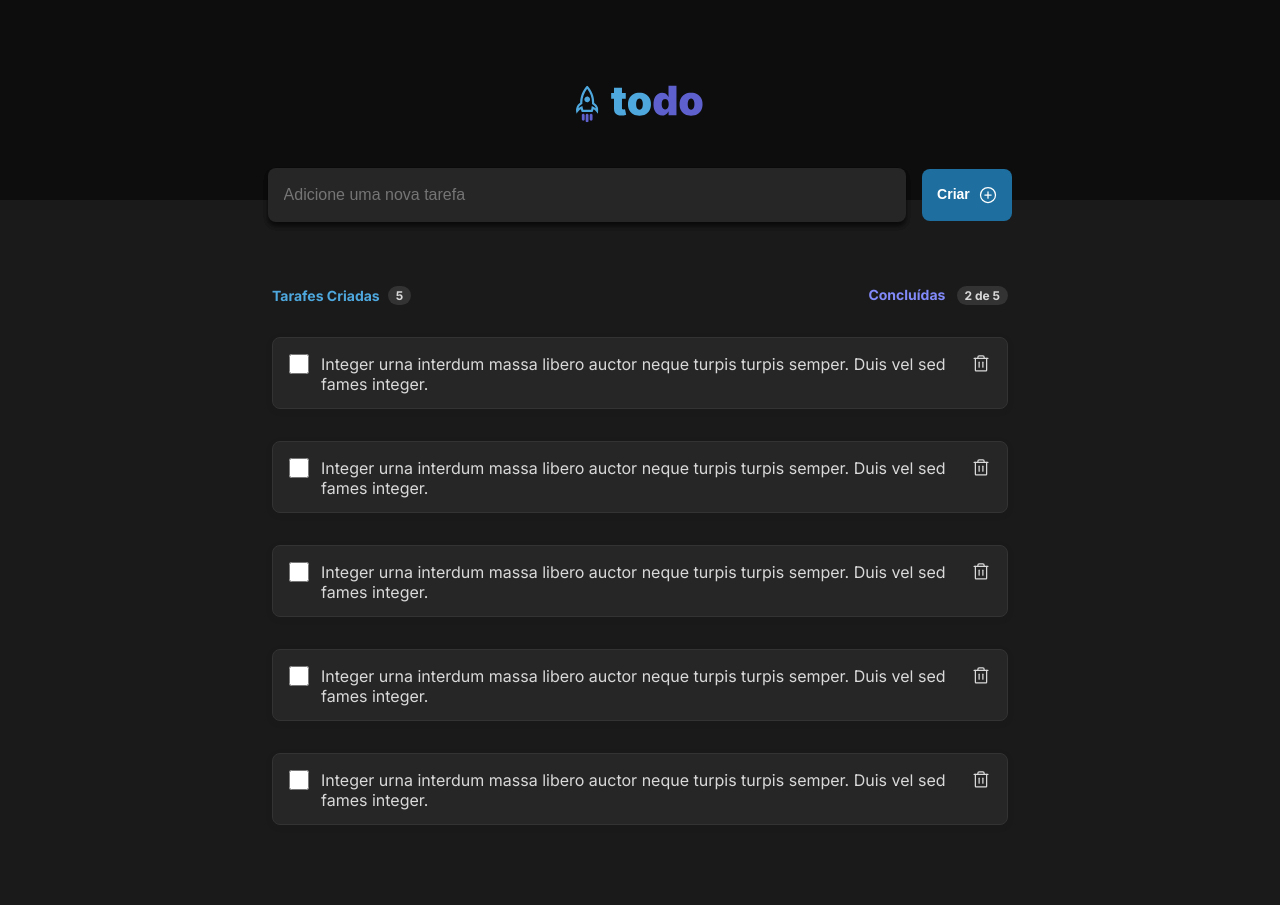
Repository: guilhermecardoso93/todolistreact
Page: /
An editor plug-in stored every save of this project. The page is shown before and after the next save, followed by the edit.
The browser window is 1280 px wide. The pictures show the whole page.
The project was rebuilt for these pictures with package versions that can differ from the ones it lists, and the page was loaded fresh each time. Also part of the build but not shown: vite.config.ts.

Above is the page before, as saved 2022-07-02 20:38:34.

### index.html
<!DOCTYPE html>
<html lang="en">
  <head>
    <meta charset="UTF-8" />
    <link rel="icon" type="image/svg+xml" href="/src/favicon.svg" />
    <link rel="preconnect" href="https://fonts.googleapis.com" />
    <link rel="preconnect" href="https://fonts.gstatic.com" crossorigin />
    <meta name="viewport" content="width=device-width, initial-scale=1.0" />
    <link
      href="https://fonts.googleapis.com/css2?family=Inter:wght@400;500;600;700&display=swap"
      rel="stylesheet"
    />
    <title>to do list</title>
  </head>
  <body>
    <div id="root"></div>
    <script type="module" src="/src/main.tsx"></script>
  </body>
</html>

### src/App.tsx
import "./global.css";
import { Header } from "./Header";
import { Tasks } from "./Tasks";

function App() {
  return (
    <>
      <Header />
      <div>
        <Tasks/>
      </div>
    </>
  );
}

export default App;

### src/global.css
:root {
  --white: #fff;

  --gray-100: #f2f2f2;
  --gray-100: #d9d9d9;
  --gray-300: #808080;
  --gray-400: #333333;
  --gray-500: #262626;
  --gray-600: #1a1a1a;
  --gray-700: #0d0d0d;

  --danger: #e25858;

  --purple: #828afa;
  --purple-dark: #5e60ce;

  --blue: #4ea8de;
  --blue-dark: #1e6f9f;
}

* {
  margin: 0;
  padding: 0;
  box-sizing: border-box;
}

body {
  -webkit-font-smoothing: antialiased;
  font-family: 'Inter', sans-serif;
  background: var(--gray-600);
}

### src/Header.tsx
import  Logo  from "./assets/logo.svg";

import styles from "./Header.module.css";

export function Header() {
  return (
    <header className={styles.header}>
      <img src={Logo} alt='logo' className={styles.logo}/>
    </header>
  );
}

### src/Tasks.tsx
import { Trash } from "phosphor-react";
import { TaskBar } from "./TasksBar";
import { TaskList } from "./TasksList";

import styles from "./Tasks.module.css";

export function Tasks() {
  return (
    <div className={styles.content}>
      <TaskBar />
      <div>
        <div className={styles.titles}>
          <div className={styles.titlesMake}>
            <p className={styles.titlesMakeTitle}>Tarafes Criadas</p>
            <p className={styles.titlesMakeTitleNumber}> 5 </p>
          </div>
          <div className={styles.titles}>
            <p className={styles.titlesDoneTitle}>Concluídas</p>
            <p className={styles.titlesDoneTitleNumber}> 2 de 5 </p>
          </div>
        </div>
        <TaskList />
        <TaskList />
        <TaskList />
        <TaskList />
        <TaskList />
      </div>
    </div>
  );
}

### src/Header.module.css
.header {
  height: 12.5rem;
  background: var(--gray-700);
  display: flex;
  justify-content: center;
  align-items: center;
}

.logo {
  height: 4rem;
  width: 8rem;
}

### src/TasksBar.tsx
import { PlusCircle } from "phosphor-react";

import styles from "./TasksBar.module.css";

export function TaskBar() {
  return (
    <div className={styles.container}>
      <input type="text" placeholder="Adicione uma nova tarefa" />
      <button>
        {" "}
        Criar <PlusCircle size={20} />{" "}
      </button>
    </div>
  );
}

### src/TasksList.tsx
import { Trash } from "phosphor-react";

import styles from "./TasksList.module.css";

export function TaskList() {
  return (
    <div>
      <div className={styles.tasksList}>
        <div className={styles.tasksListItem}>
          <div>
            <input type="checkbox" name="a" className={styles.tasksListCheck} />
          </div>
          <div>
            <p>
              Integer urna interdum massa libero auctor neque turpis turpis
              semper. Duis vel sed fames integer.{" "}
            </p>
          </div>
          <div>
            <button className={styles.delete}>
              <Trash size={20} />{" "}
            </button>
          </div>
        </div>
      </div>
    </div>
  );
}

### src/Tasks.module.css
.content {
  display: flex;
  flex-direction: column;
  align-items: center;
  justify-content: space-between;
  margin: auto;
  margin-bottom: 5rem;

  width: 736px;
  gap: 4rem;
}

.titles {
  display: flex;
  align-itens: center;
  justify-content: space-between;
  gap: 0.7rem;
}

.titlesMake,
.titleDone {
  display: flex;
  flex-direction: row;
  justify-content: center;
  align-items: center;
  gap: 0.5rem;
}
.titlesMakeTitle {
  color: var(--blue);
  font-weight: bold;
  font-weight: 700;
  font-size: 14px;
  line-height: 17px;
}

.titlesDoneTitle {
  color: var(--purple);
  font-weight: bold;
  font-weight: 700;
  font-size: 14px;
  line-height: 17px;
}

.titlesMakeTitleNumber,
.titlesDoneTitleNumber {
  display: flex;
  flex-direction: column;
  justify-content: center;
  align-items: center;

  width: auto;
  padding: 2px 8px;
  height: 19px;

  background: var(--gray-400);
  color: var(--gray-100);
  border-radius: 999px;

  font-style: normal;
  font-weight: 700;
  font-size: 12px;
  line-height: 15px;
}

### src/TasksBar.module.css
.container {
  display: flex;
  align-items: center;
  justify-content: center;
  margin-top: -2rem;
  gap: 1rem;
}

.container input {
  background-color: var(--gray-500);
  color: var(--gray-300);
  width: 39.93rem;
  padding: 1rem;

  font-style: normal;
  font-weight: 400;
  font-size: 1rem;
  line-height: 140%;

  border: 1px solid var(--grey-700);
  box-shadow: 0px 4px 4px rgba(0, 0, 0, 0.25), 0px 4px 4px rgba(0, 0, 0, 0.25),
    0px 4px 4px rgba(0, 0, 0, 0.25);
  border-radius: 8px;
}

.container input:focus {
  color: var(--gray-100);
}

.container button {
  background: var(--blue-dark);
  color: var(--white);
  gap: 0.5rem;
  display: flex;
  align-items: center;
  justify-content: center;
  border-radius: 8px;
  height: 3.25rem;
  width: 5.62rem;
  border: none;

  font-style: normal;
  font-weight: 700;
  font-size: 14px;
  line-height: 140%;
  cursor: pointer;

  transition: 0.2s;
}

.container button:hover {
  background: var(--blue);
}

### src/TasksList.module.css
.tasksList {
  display: flex;
  flex-direction: column;
  gap: 1rem;

  margin-top: 2rem;
}

.tasksListItem {
  display: flex;
  flex-direction: row;
  align-items: flex-start;
  padding: 16px;
  gap: 12px;

  border: 1px solid #333333;
  box-shadow: 0px 2px 8px rgba(0, 0, 0, 0.06);
  border-radius: 8px;
  background: var(--gray-500);
  color: var(--gray-100);

  width: 736px;
  height: 72px;
}

.tasksListCheck {
  border-radius: 10px;
  border: 2px solid var(--blue);
  background: none;
  width: 20px;
  height: 20px;
}

input[type="checkbox"] {
  position: none;
  cursor: pointer;
}

.tasksListCheck input[type="checkbox"]:before {
  content: "";
  display: block;
  position: absolute;
  width: 16px;
  height: 16px;
  top: 0;
  left: 0;
  border: 2px solid red;
  border-radius: 50%;
  background-color: red;
  /*content: "";
  display: block;
  position: none;
  width: 16px;
  height: 16px;
  top: 0;
  left: 0;
  border: 2px solid var(--blue);
  border-radius: 50%;
  background-color: white;
  background: none;*/
}
input[type="checkbox"]:checked:after {
  /* content: "";
  display: block;
  width: 5px;
  height: 10px;
  border: solid var(--grey-100);
  background: var(--blue);
  border-width: 0 2px 2px 0;
  -webkit-transform: rotate(45deg);
  -ms-transform: rotate(45deg);
  transform: rotate(45deg);
  position: absolute;
  top: 2px;
  left: 6px;*/
}

.delete {
  background: none;
  border: none;
  color: var(--gray-100);
  cursor: pointer;

  transition: 0.2s;
}

.delete:hover {
  color: var(--danger);
}

Loaded but not shown: src/main.tsx (common file)

After the next save:
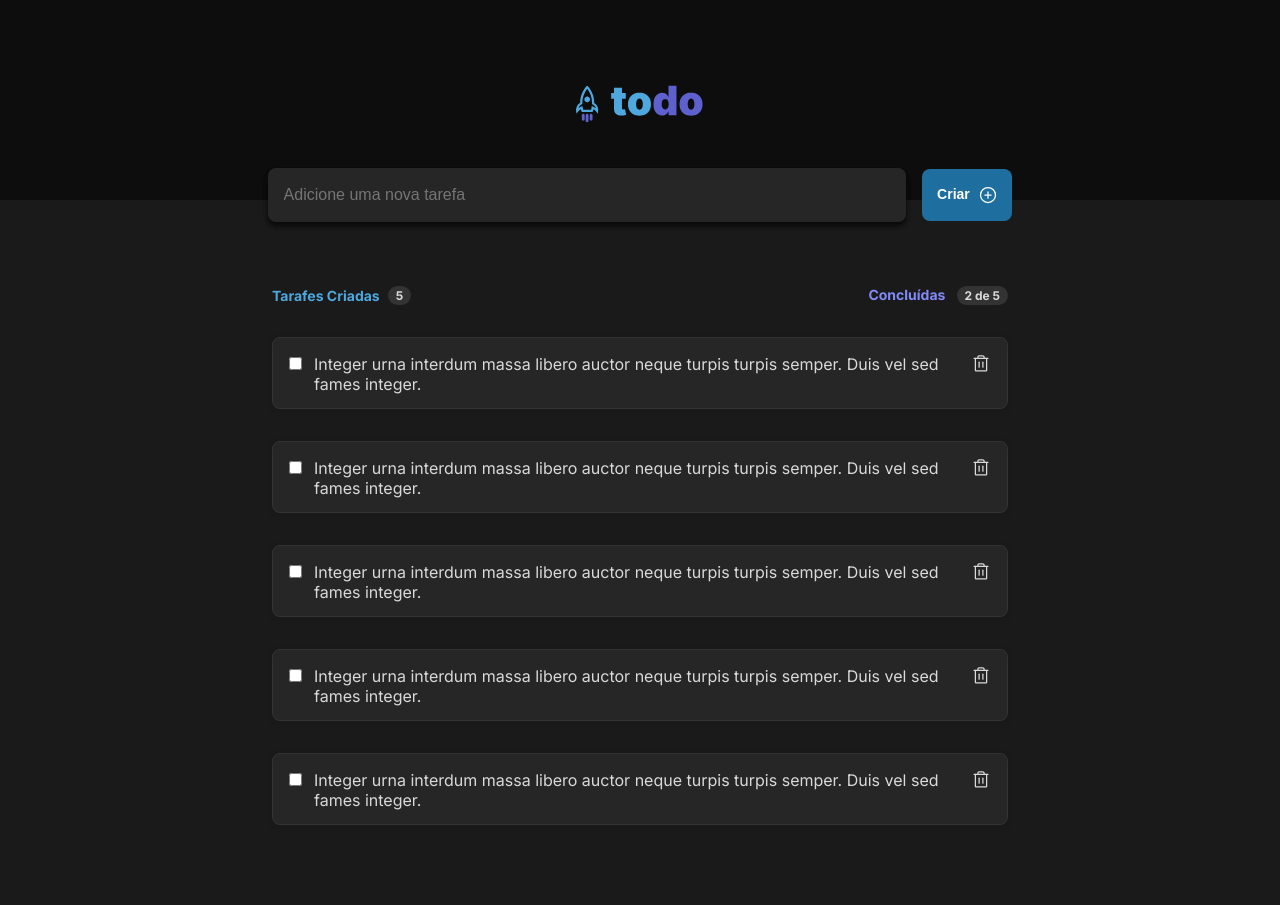
Saved 5 s later.
--- a/src/TasksList.module.css
+++ b/src/TasksList.module.css
@@ -23,13 +23,7 @@
   height: 72px;
 }
 
-.tasksListCheck {
-  border-radius: 10px;
-  border: 2px solid var(--blue);
-  background: none;
-  width: 20px;
-  height: 20px;
-}
+
 
 input[type="checkbox"] {
   position: none;

After the save that followed:
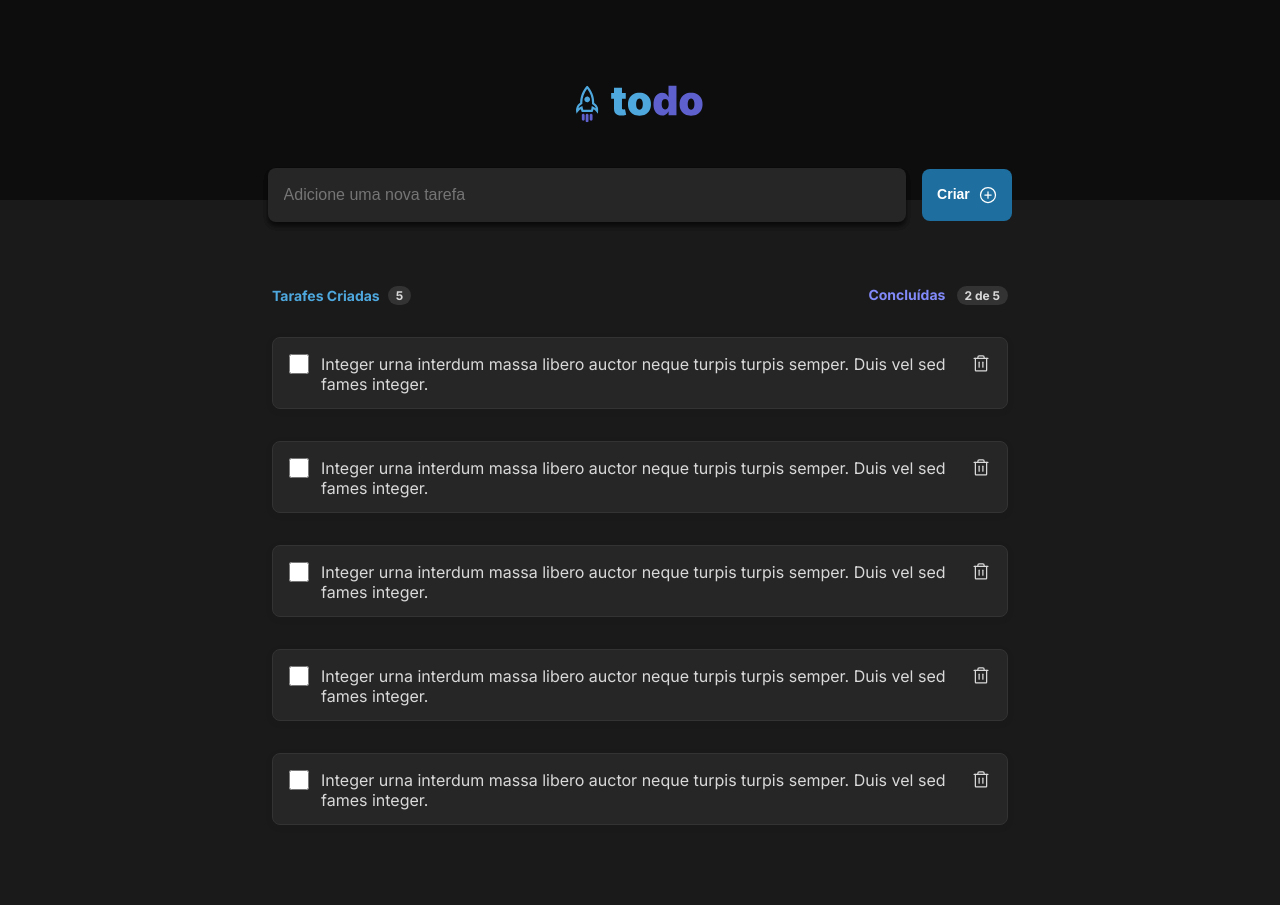
Saved 13 s later.
--- a/src/TasksList.module.css
+++ b/src/TasksList.module.css
@@ -23,50 +23,12 @@
   height: 72px;
 }
 
-
-
-input[type="checkbox"] {
-  position: none;
-  cursor: pointer;
-}
-
-.tasksListCheck input[type="checkbox"]:before {
-  content: "";
-  display: block;
-  position: absolute;
-  width: 16px;
-  height: 16px;
-  top: 0;
-  left: 0;
-  border: 2px solid red;
-  border-radius: 50%;
-  background-color: red;
-  /*content: "";
-  display: block;
-  position: none;
-  width: 16px;
-  height: 16px;
-  top: 0;
-  left: 0;
+.tasksListCheck {
+  border-radius: 10px;
   border: 2px solid var(--blue);
-  border-radius: 50%;
-  background-color: white;
-  background: none;*/
-}
-input[type="checkbox"]:checked:after {
-  /* content: "";
-  display: block;
-  width: 5px;
-  height: 10px;
-  border: solid var(--grey-100);
-  background: var(--blue);
-  border-width: 0 2px 2px 0;
-  -webkit-transform: rotate(45deg);
-  -ms-transform: rotate(45deg);
-  transform: rotate(45deg);
-  position: absolute;
-  top: 2px;
-  left: 6px;*/
+  background: none;
+  width: 20px;
+  height: 20px;
 }
 
 .delete {
